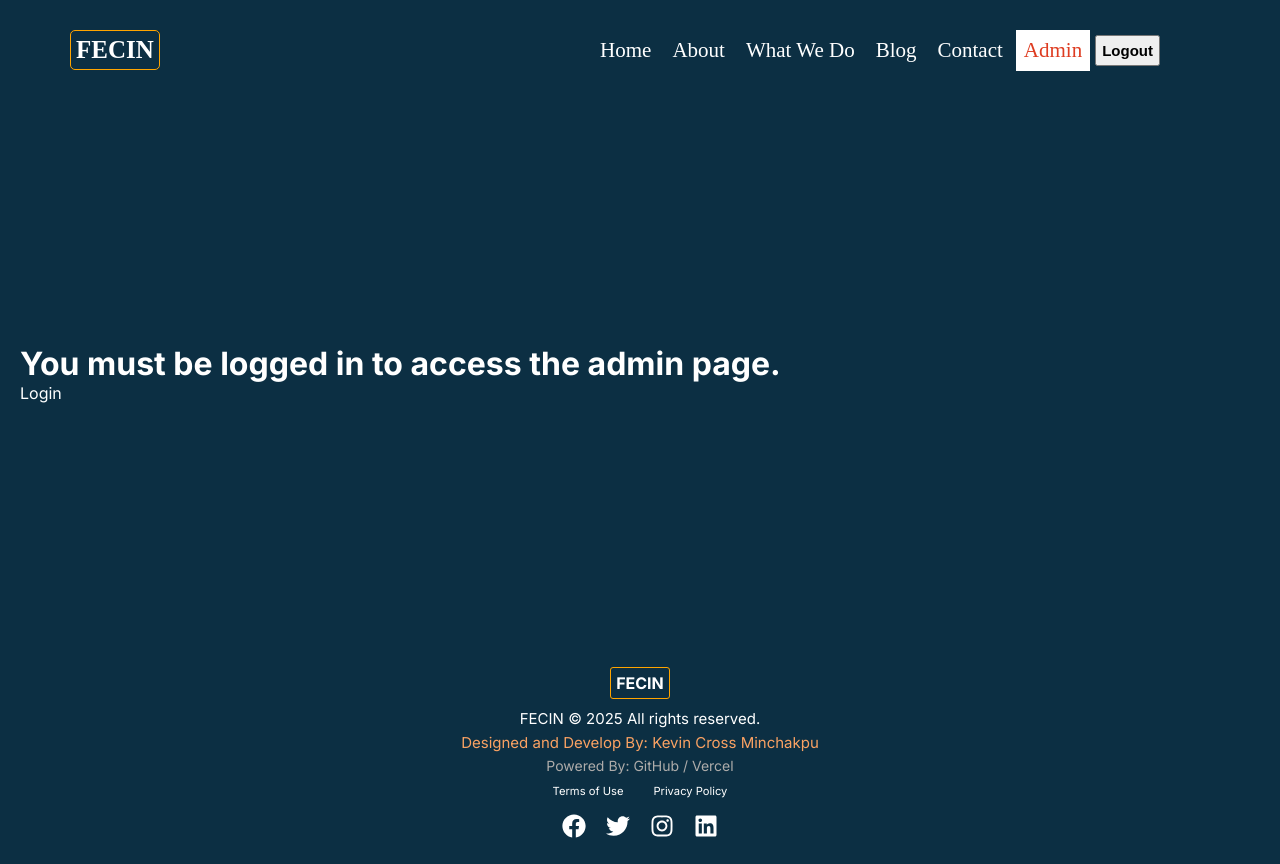
Repository: KCMinchakpu/fecin-projectgs497
Page: /admin
The author's editor kept a copy of each file at every save. The page is drawn from the files as they stood at one save, then again after the next save.
The browser window is 1280 px wide. The pictures show the whole page.
The page's requests for data from a server got no answer. The project was rebuilt for these pictures with package versions that can differ from the ones it lists, and the page was loaded fresh each time. The framework's server and built-in components were replaced by stand-ins that run in the browser. No one was signed in, and anything a server would have sent is missing. Also part of the build but not shown: next.config.mjs, src/styles/admin.module.css.

Above is the page before, as saved 2025-04-12 04:41:54.

After the next save:
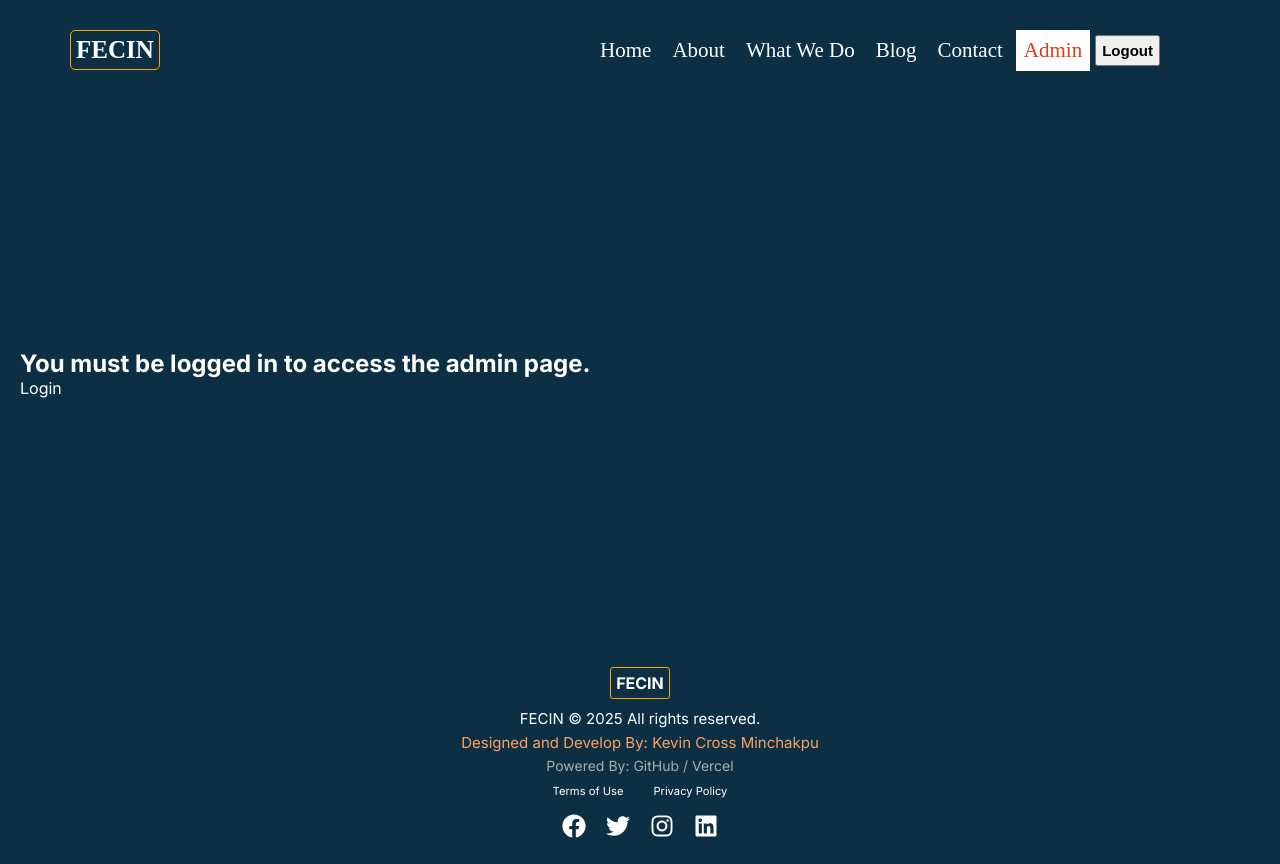
Saved 5 min 53 s later.
--- a/src/app/admin/page.jsx
+++ b/src/app/admin/page.jsx
@@ -1,7 +1,9 @@
-// src/app/admin/page.tsx
+
 import React from "react";
 import { getSession } from "next-auth/react";
 import Link from "next/link";
+import styles from "@/styles/admin.module.css"
+
 
 const AdminPage = async () => {
   const session = await getSession();
@@ -10,7 +12,7 @@ const AdminPage = async () => {
   if (!session) {
     return (
       <div>
-        <h1>You must be logged in to access the admin page.</h1>
+        <h2>You must be logged in to access the admin page.</h2>
         <Link href="/login">Login</Link>
       </div>
     );
